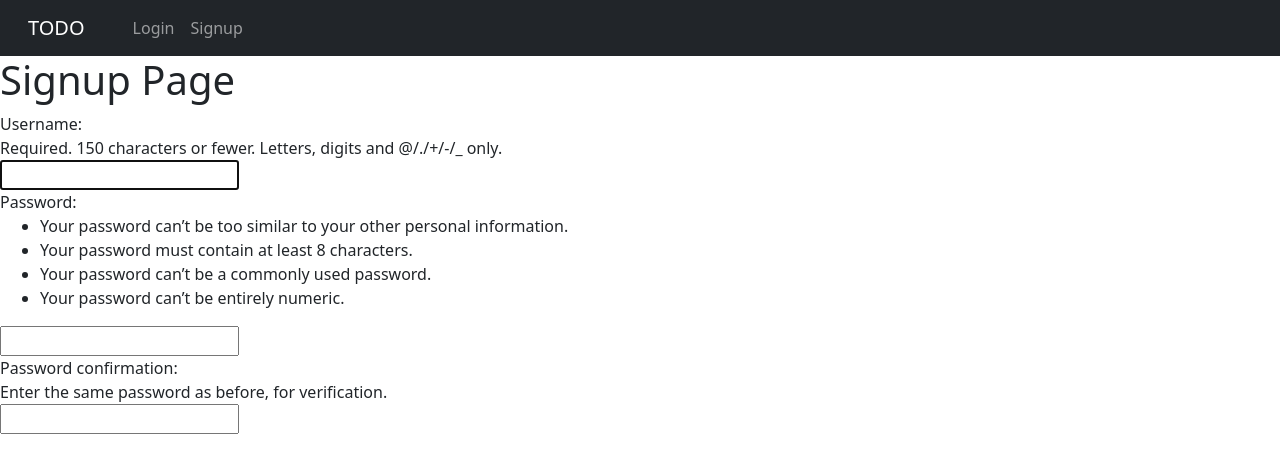
Repository: Anamikatiwari/Todo
Page: http://localhost/signup/
These files come from the project's save history. The page is drawn as it stood at one moment and after a run of saves; the edit follows.
The browser window is 1280 px wide. The pictures show the whole page.
The page is served by the project's application, run on Django 5.2 (manage.py).

Above is the page before, as saved 2024-08-24 16:11:51.

After the next 2 saves:
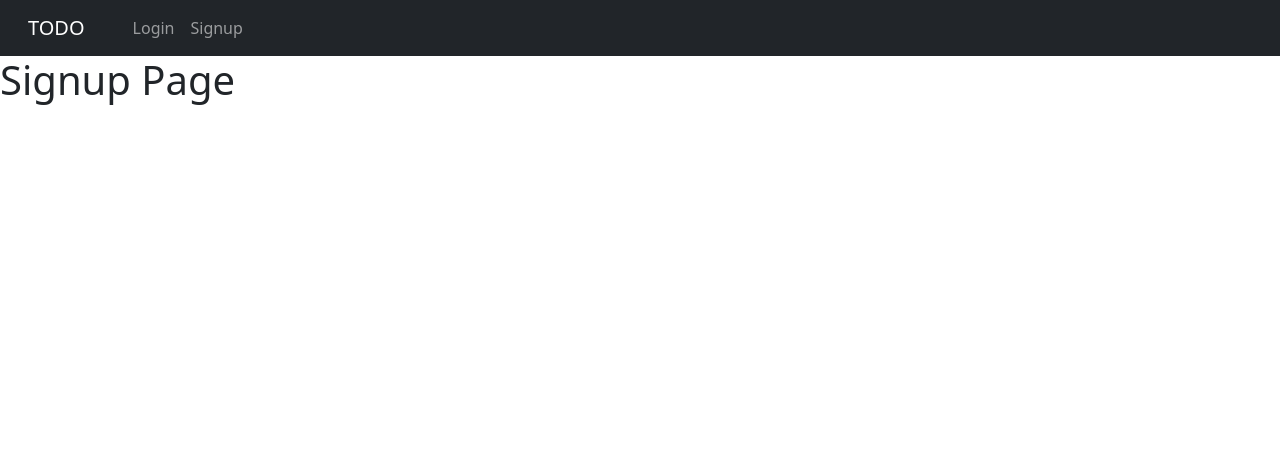
The 2 saves are shown as one change because they came seconds apart.
The last was saved 63 s later.
--- a/app/templates/signup.html
+++ b/app/templates/signup.html
@@ -38,7 +38,7 @@
 
     <h1>Signup Page</h1>
 
-    {{ form }}
+    {{ form.as_li }}
 
 
    <script src="https://cdn.jsdelivr.net/npm/bootstrap@5.3.3/dist/js/bootstrap.bundle.min.js" integrity="sha384-YvpcrYf0tY3lHB60NNkmXc5s9fDVZLESaAA55NDzOxhy9GkcIdslK1eN7N6jIeHz" crossorigin="anonymous"></script>
